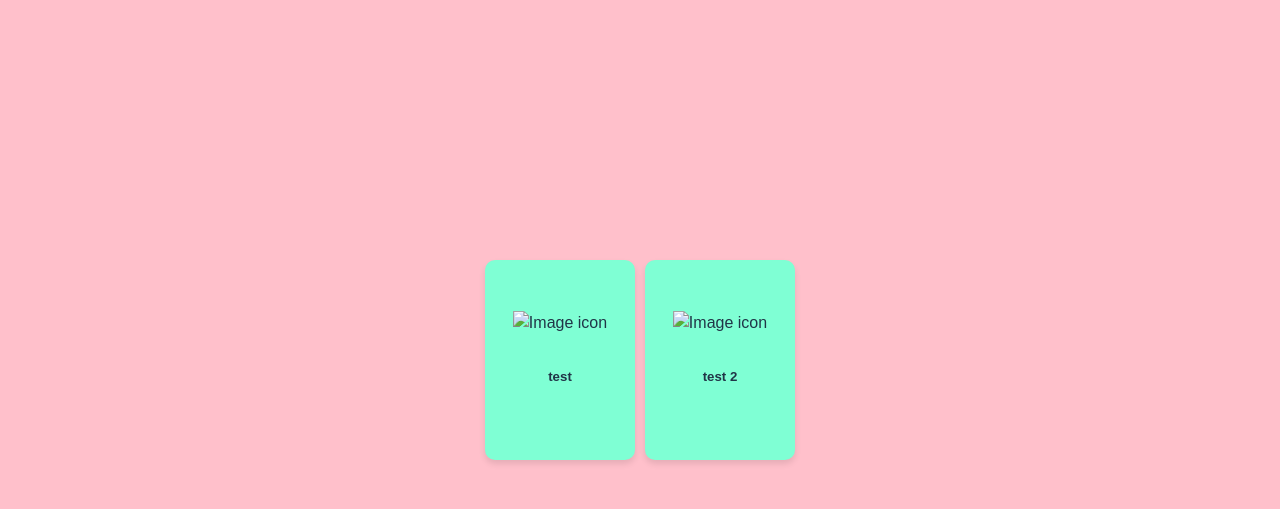
Repository: DaneJuswa/LearningReact
Page: / (app in reactProject/)
The author's editor kept a copy of each file at every save. The page is drawn from the files as they stood at one save, then again after the next save.
The browser window is 1280 px wide. The pictures show the whole page.
The pointer rests on the first visible `.card-container`.
The project was rebuilt for these pictures with package versions that can differ from the ones it lists, and the page was loaded fresh each time. Also part of the build but not shown: reactProject/vite.config.js.

Above is the page before, as saved 2025-09-11 22:30:08.

After the next save:
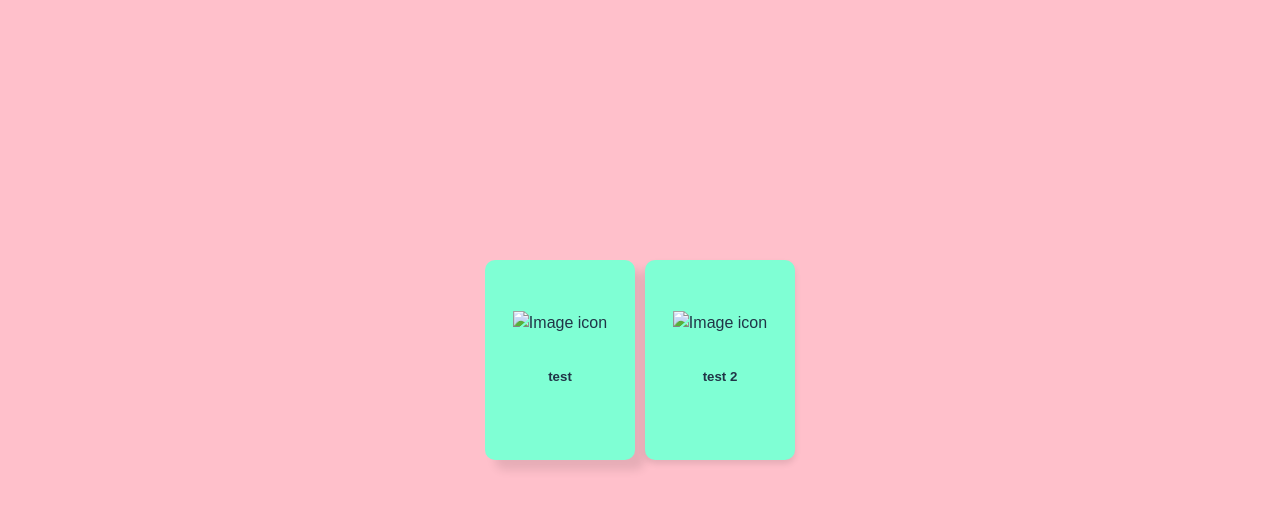
Saved 6 s later.
--- a/reactProject/src/App.css
+++ b/reactProject/src/App.css
@@ -25,5 +25,5 @@
 }
 
 .card-container:hover{
-  box-shadow: 10px 10px 0.5 rgba(0,0,0,0.1)
+  box-shadow: 10px 10px 10px rgba(0,0,0,0.1)
 }
